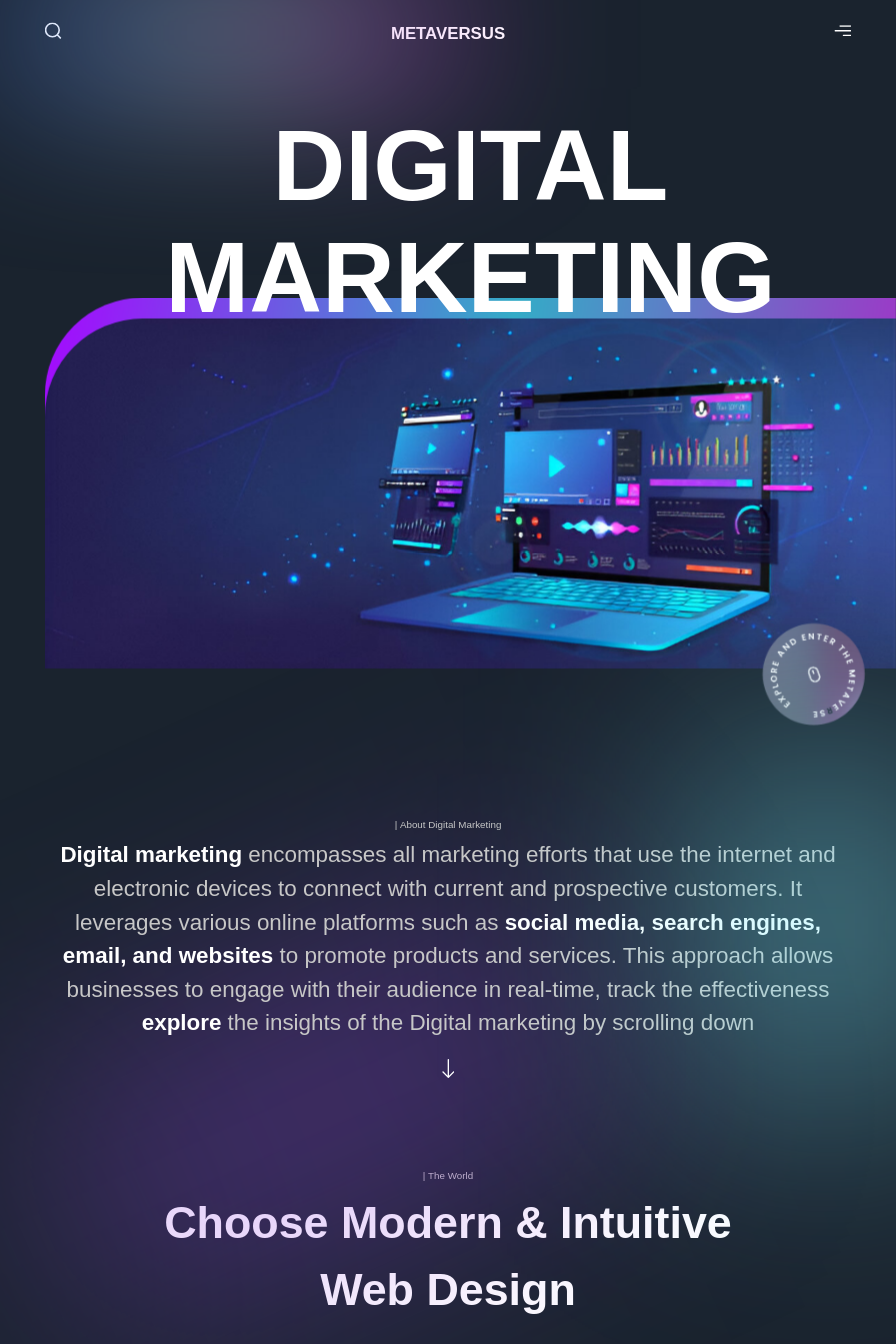
Repository: Shanuga123/metaversus
Page: /
These files come from the project's save history. The page is drawn as it stood at one moment and after the next save; the edit follows.
The browser window is 1280 px wide. The pictures show the part of the page from y = 0 to 1920 px (the page is 7302 px tall), at 70% of full size.
Some web fonts or font styles are not loaded; a fallback is used. The project was rebuilt for these pictures with package versions that can differ from the ones it lists, and the page was loaded fresh each time. The framework's server and built-in components were replaced by stand-ins that run in the browser. Also part of the build but not shown: next.config.js.

Above is the page before, as saved 2024-08-06 07:06:47.

After the next save:
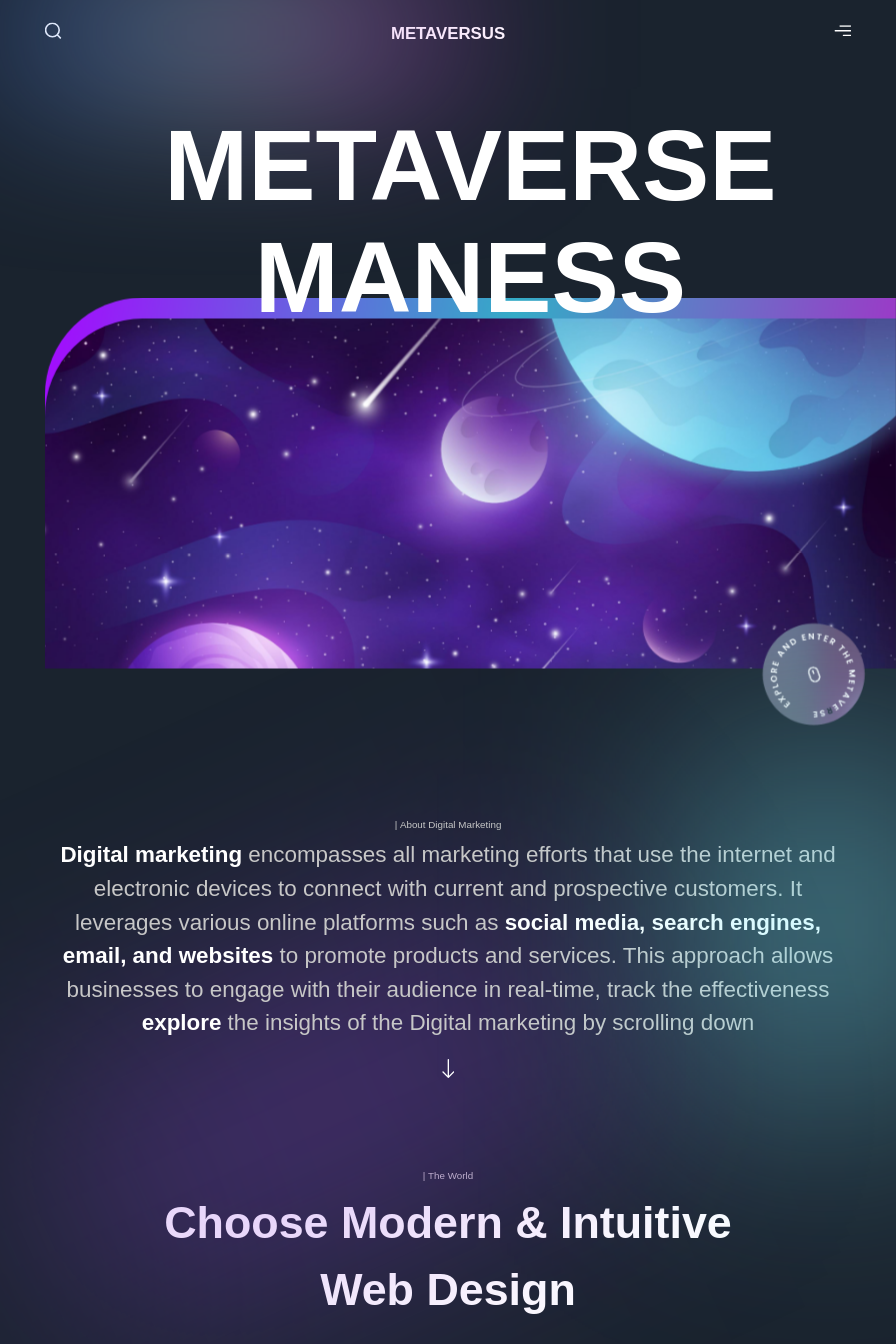
Saved 100 s later.
--- a/sections/Hero.jsx
+++ b/sections/Hero.jsx
@@ -16,15 +16,15 @@ const Hero = () => (
     >
       <div className="flex justify-center items-center flex-col relative z-10">
         <motion.h1 variants={textVariant(1.1)} className={styles.heroHeading}>
-          Digital
+          Metaverse
         </motion.h1>
         <motion.div
           variants={textVariant(1.2)}
           className="flex flex-row justify-center items-center"
         >
-          <h1 className={styles.heroHeading}>MaR</h1>
-
-          <h1 className={styles.heroHeading}>Keting</h1>
+          <h1 className={styles.heroHeading}>Ma</h1>
+          <div className={styles.heroDText} />
+          <h1 className={styles.heroHeading}>Ness</h1>
         </motion.div>
       </div>
 
@@ -35,7 +35,7 @@ const Hero = () => (
         <div className="absolute w-full h-[300px] hero-gradient rounded-tl-[140px] z-[0] -top-[30px]" />
 
         <img
-          src="/cover1.jpg"
+          src="/cover.png"
           alt="hero_cover"
           className="w-full sm:h-[500px] h-[350px] object-cover rounded-tl-[140px] z-10 relative"
         />
